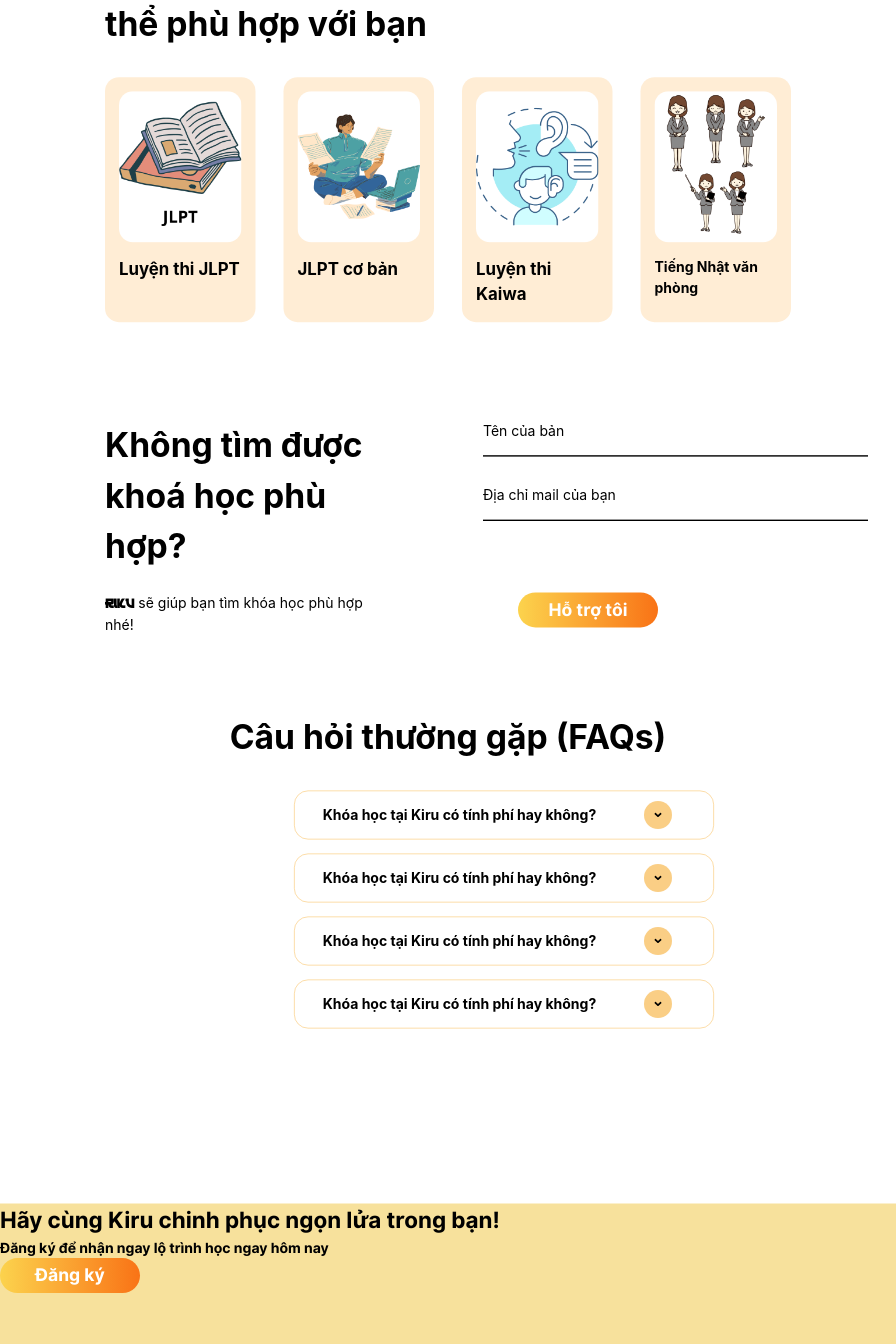
Repository: Quynhhuong150322/Kiru_Website-hoc-tieng-Nhat
Page: /
The author's editor kept a copy of each file at every save. The page is drawn from the files as they stood at one save, then again after the next save.
The browser window is 1280 px wide. The pictures show the part of the page from y = 2855 to 4775 px (the page is 4775 px tall), at 70% of full size.
The project was rebuilt for these pictures with package versions that can differ from the ones it lists, and the page was loaded fresh each time.

Above is the page before, as saved 2023-08-16 17:42:00.

After the next save:
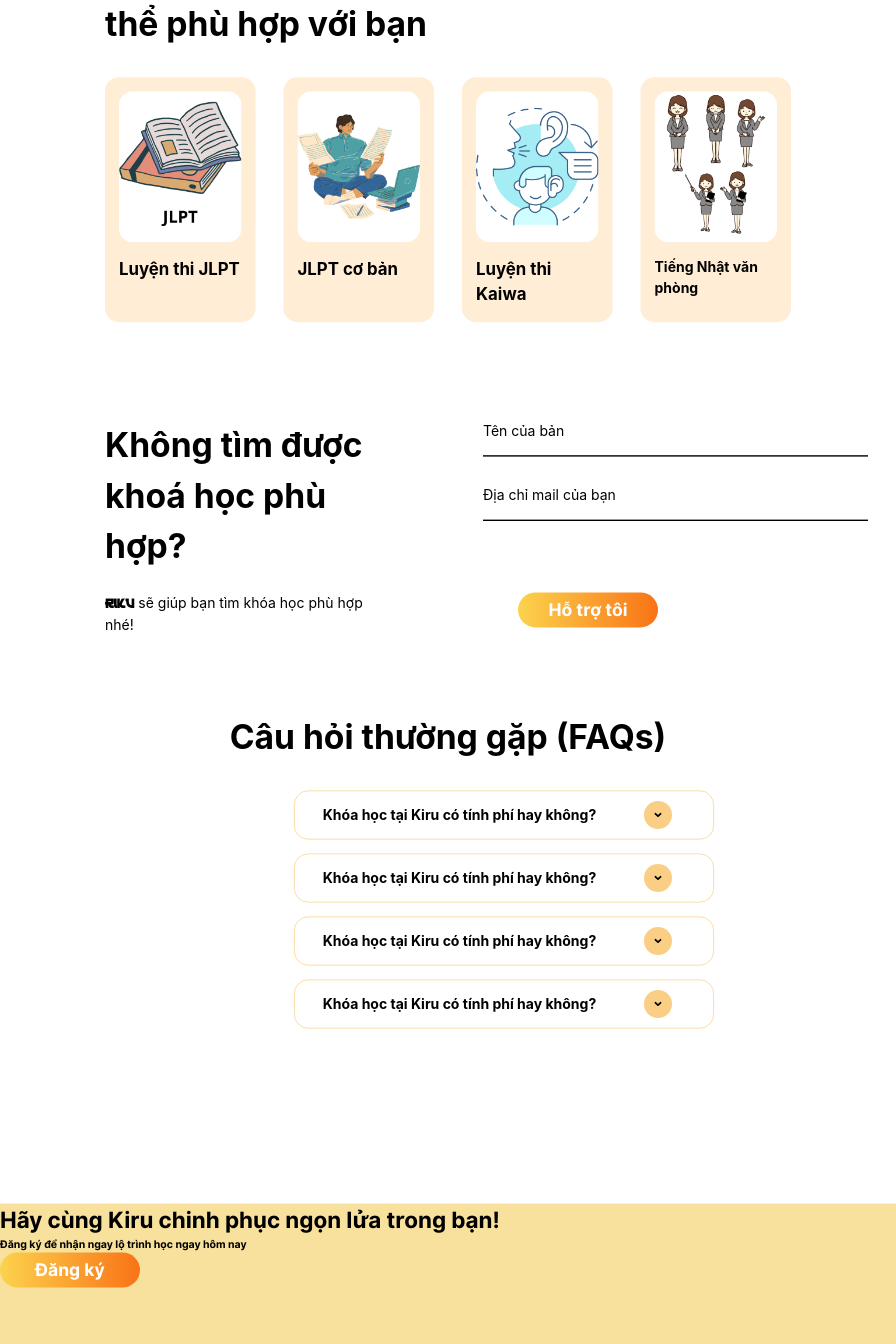
Saved 5 s later.
--- a/src/component/FAQs.js
+++ b/src/component/FAQs.js
@@ -43,7 +43,7 @@ const FAQs = () => {
             <div className="pt-[250px] ">
                 <div className="h-[200px] bg-yellow-500/40 items-center">
                     <div className="text-[32px] font-interBold">Hãy cùng Kiru chinh phục ngọn lửa trong bạn!</div>
-                    <p className="text-[20px] font-interBold">Đăng ký để nhận ngay lộ trình học ngay hôm nay</p>
+                    <p className="text-[15px] font-interBold">Đăng ký để nhận ngay lộ trình học ngay hôm nay</p>
                     <div className="">
                     <button
                         type="button"
